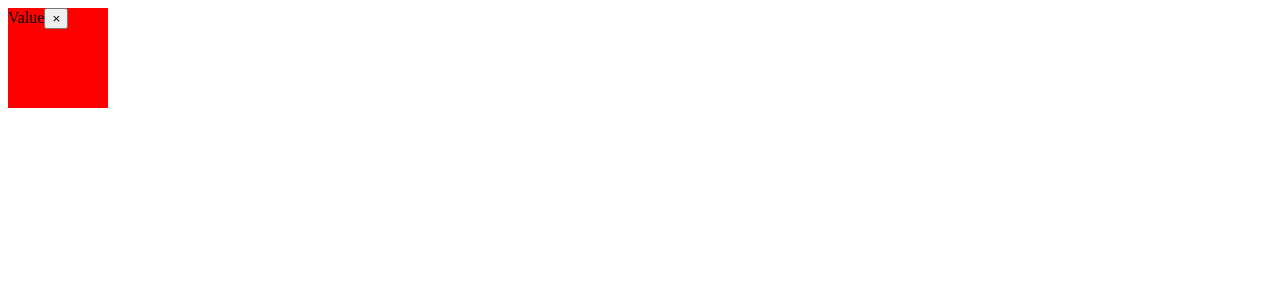
Repository: csabbah/ts-react-custom-select
Page: /
These files come from the project's save history. The page is drawn as it stood at one moment and after the next save; the edit follows.
The browser window is 1280 px wide. The pictures show the whole page.
The project was rebuilt for these pictures with package versions that can differ from the ones it lists, and the page was loaded fresh each time. Also part of the build but not shown: vite.config.ts.

Above is the page before, as saved 2022-12-24 11:45:31.

After the next save:
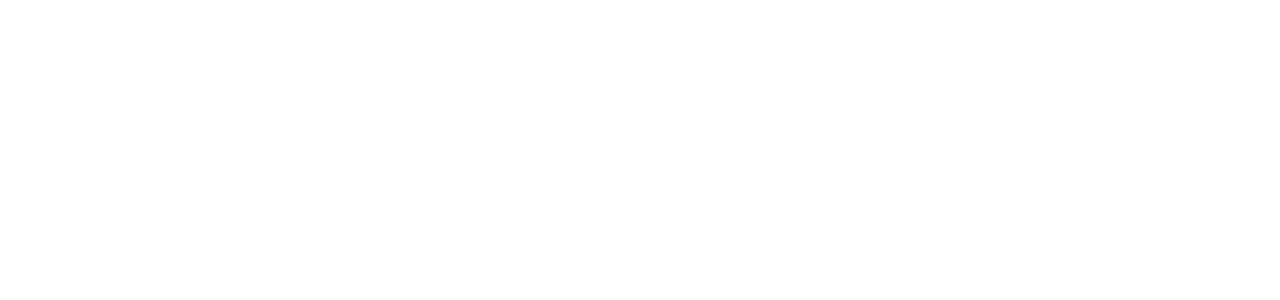
Console error: TypeError: Cannot read properties of undefined (reading 'map')
Saved 29 s later.
--- a/src/Select.tsx
+++ b/src/Select.tsx
@@ -19,7 +19,11 @@
         <button className={styles["clear-btn"]}>&times;</button>
         <div className={styles.divider}></div>
         <div className={styles.caret}></div>
-        <ul className={styles.options}></ul>
+        <ul className={styles.options}>
+          {options.map((option) => (
+            <li className={styles.option}></li>
+          ))}
+        </ul>
       </div>
     </>
   );

After the 3 saves that followed:
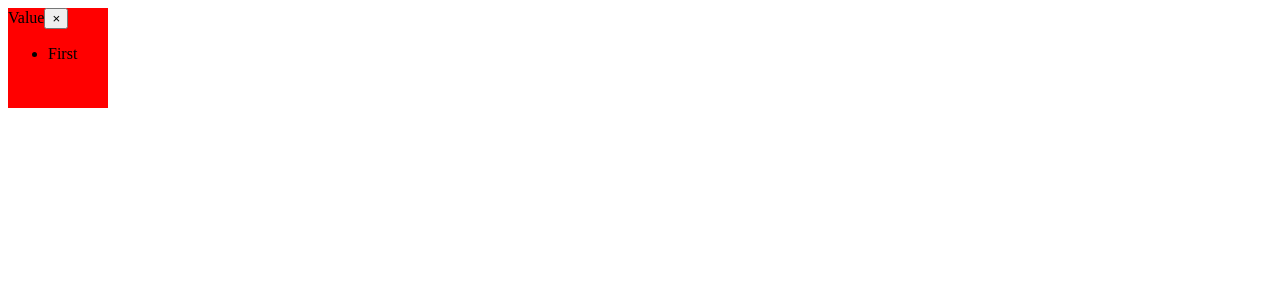
The error is gone.
The 3 saves are shown as one change because 1 left the picture as it was and some came seconds apart.
The last was saved 57 s later.
--- a/src/App.tsx
+++ b/src/App.tsx
@@ -1,9 +1,10 @@
 import { Select } from "./Select";
 
+const options = [{ label: "First", value: 1 }];
 function App() {
   return (
     <div>
-      <Select />
+      <Select options={options} />
     </div>
   );
 }
--- a/src/Select.tsx
+++ b/src/Select.tsx
@@ -21,7 +21,9 @@
         <div className={styles.caret}></div>
         <ul className={styles.options}>
           {options.map((option) => (
-            <li className={styles.option}></li>
+            <li key={option.label} className={styles.option}>
+              {option.label}
+            </li>
           ))}
         </ul>
       </div>
